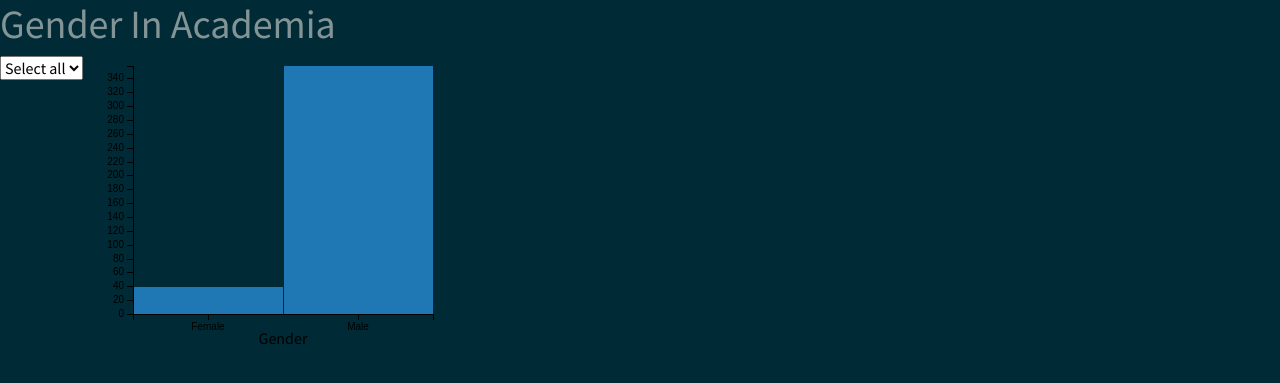
Repository: rafaljanos/Dashboard
Page: Index.html
The author's editor kept a record of every edit. The page is drawn from the files as they stood at one moment, then again after the next edit.
The browser window is 1280 px wide. The pictures show the whole page.

Above is the page before.
Console error: TypeError: Cannot read properties of null (reading 'textContent')

### Index.html
<!DOCTYPE html>
<html lang="en">
<head>
    <meta charset="UTF-8">
    <meta name="viewport" content="width=device-width, initial-scale=1.0">
    <meta http-equiv="X-UA-Compatible" content="ie=edge">
    <title>Dashboard</title>

    <link rel="stylesheet" href="static/css/bootstrap.min.css" type="text/css" />
    <link rel="stylesheet" href="static/css/dc.min.css" type="text/css" />

    <script type="text/javascript" src="static/js/d3.min.js"></script>
    <script type="text/javascript" src="static/js/crossfilter.min.js"></script>
    <script type="text/javascript" src="static/js/dc.min.js"></script>
    <script type="text/javascript" src="static/js/queue.min.js"></script>
    <script type="text/javascript" src="static/js/graph.js"></script>

</head>
<body>

    <h1>Gender In Academia</h1>

    <div id="discipline-selector"></div>

    <div id="gender-balance"></div>



</body>
</html>

### static/js/graph.js
queue()
    .defer(d3.csv, "data/Salaries.csv") // directory of file with data to use
    .await(makeGraphs);                 // makeGraphs is any name we want

function makeGraphs(error, salaryData) {// function for that name we choose
    var ndx = crossfilter(salaryData);  // loading salary data to crossfilter

    salaryData.forEach(function(d) {
        d.salary = parseInt(d.salary);  // changing the text data salary to intedur version of the salary
    })

    show_discipline_selector(ndx);      // passind NDX filter to a function that will draw graph discipline_selector
    show_gender_balance(ndx);           // passind NDX filter to a function that will draw graph gender_balance
    show_average_salaries(ndx);         // any name

    dc.renderAll();                     // to render it all
}

function show_discipline_selector(ndx) {        // function for show_discipline_selector
    dim = ndx.dimension(dc.pluck(`discipline`));
    group = dim.group()                         // simple group

    dc.selectMenu("#discipline-selector")       // it creates a selector menu
        .dimension(dim)
        .group(group);
}

function show_gender_balance(ndx) {           // function for show_gender_balance
    var dim = ndx.dimension(dc.pluck(`sex`)); // create dimension of sex variable
    var group = dim.group();                  // create a group

    dc.barChart("#gender-balance")            // create a bar chart for specific div ID
        .width(400)
        .height(300)
        .margins({top: 10, right:50, bottom: 30, left: 50})
        .dimension(dim)
        .group(group)
        .transitionDuration(500)
        .x(d3.scale.ordinal())
        .xUnits(dc.units.ordinal)
        .xAxisLabel("Gender")
        .yAxis().ticks(20);
}

function show_average_salaries(ndx) {
    var dim = ndx.dimension(dc.pluck(`sex`));

    function add_item(p, v) {           // p-keeps track of total and avarage and count, v-each data items we adding
        p.count++;                      // increment the count in p object
        p.total += v.salary;            // increment total by the salary of the data
        p.average = p.total / p.count;  // total devidet by the count
        return p;                       // always return p at the end add or remove function
    }

    function remove_item(p, v) {
        p.count--;                          // reduce the count
        if(p.count == 0) {                  // if the count is 0 we set total count to 0
            p.total = 0;
            p.average = 0;
        }   else {                          // if the count is grater than 0 we use normal calculations
            p.total -= v.salary             // reduce the total by the amount of the salary
            p.average = p.total / p.count;  // total devidet by the count
        }
        return p;
    }

    function initialise() {                 // creates initial value for p
        return {count: 0,total: 0, average: 0};
    }

    var averageSalasyByGender = dim.group().reduce(add_item, remove_item, initialise);


    dc.barChart("#average-salary")
        .width(400)
        .height(300)
        .margins({top: 10, right: 50, bottom: 30, left: 50})
        .dimension(dim)
        .group(averageSalasyByGender)
        .valueAccessor(function(d) {            // to specify which of the 3 values will be plotet
            return d.value.average.toFixed(2);  // .toFixed(2)-reduce to 2 decimels number 2 spaces after (,00)
        })
        .transitionDuration(500)
        .x(d3.scale.ordinal())
        .xUnits(dc.units.ordinal)
        .elasticY(true)
        .xAxisLabel("Gender")
        .yAxis().ticks(4);
}

Loaded but not shown: static/css/bootstrap.min.css (library); static/css/dc.min.css (library); static/js/d3.min.js (library); static/js/crossfilter.min.js (library); static/js/dc.min.js (library); static/js/queue.min.js (common file)

After the next edit:
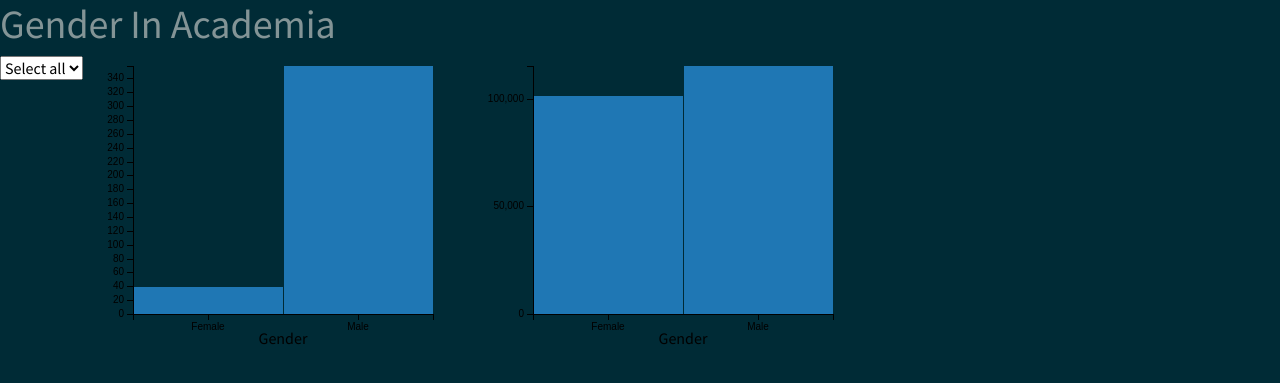
The error is gone.
The edit:
--- a/Index.html
+++ b/Index.html
@@ -24,7 +24,7 @@
 
     <div id="gender-balance"></div>
 
-
+    <div id="average-salary"></div>
 
 </body>
 </html>
